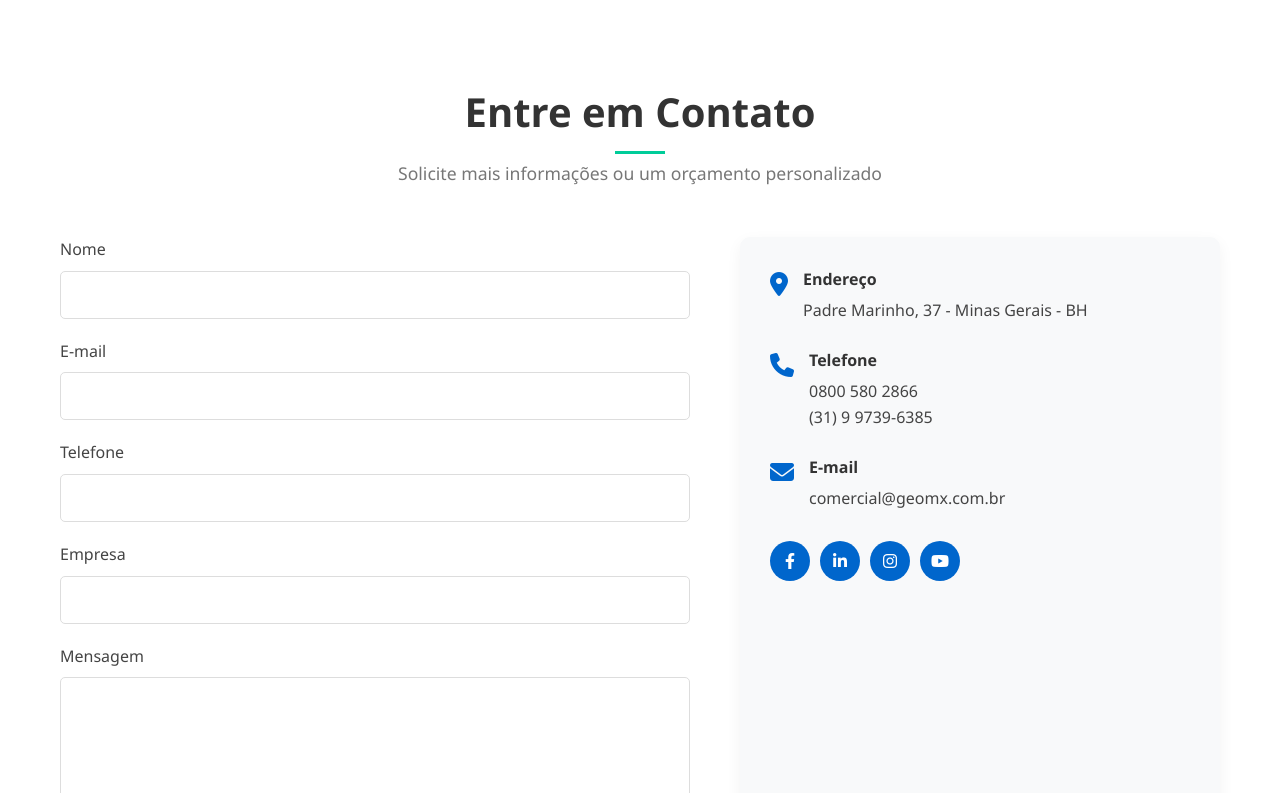
Repository: rocha1579/geomx
Page: rede-can.html
The author's editor kept a copy of each file at every save. The page is drawn from the files as they stood at one save, then again after the next save.
The browser window is 1280 px wide. The pictures show the part of the page from y = 1904 to 2697 px (the page is 3742 px tall before and 3575 px after).
Pictures or frames that could not be fetched are drawn as grey boxes. Backgrounds fixed to the window are drawn as part of the page.

Above is the page before, as saved 2025-05-05 16:44:54.

After the next save:
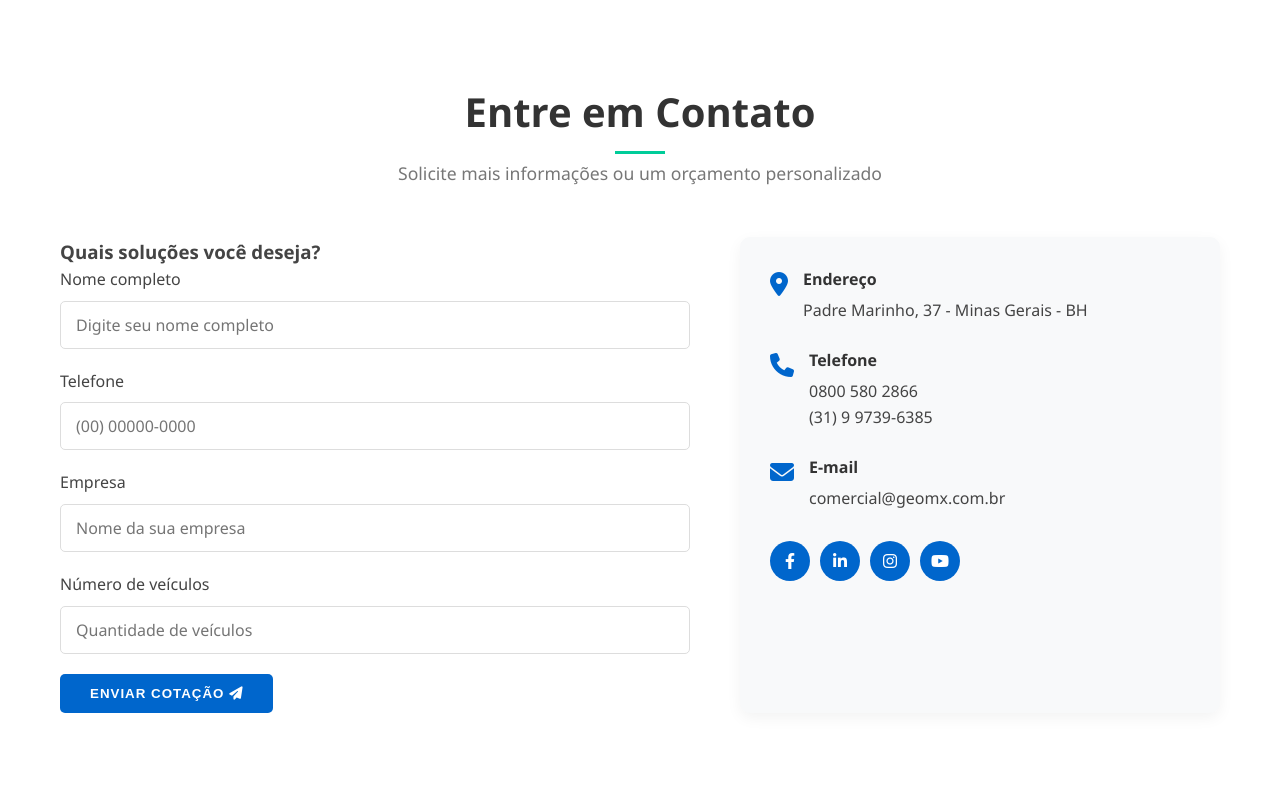
Saved 22 s later.
--- a/rede-can.html
+++ b/rede-can.html
@@ -290,33 +290,48 @@
             </div>
             <div class="contato-content">
                 <div class="contato-form">
-                    <form id="formulario-contato" action="https://formsubmit.co/flavio@geomx.com.br" method="POST">
-                        <input type="hidden" name="_cc" value="gabriel@geomx.com.br,comercial2@geomx.com.br,jessica@geomx.com.br">
-                        <input type="hidden" name="_subject" value="Novo contato do site - Rede CAN">
+                    <form action="https://formsubmit.co/comercial1@geomx.com.br" method="POST">
+                        <!-- Configurações ocultas -->
+                        <input type="hidden" name="_captcha" value="false">
                         <input type="hidden" name="_next" value="https://geomx.com.br/obrigado.html">
                         <input type="hidden" name="_template" value="table">
-
-                        <div class="form-group">
-                            <label for="nome">Nome</label>
-                            <input type="text" id="nome" name="nome" required>
+                        <input type="hidden" name="_subject" value="Solicitação de Cotação - Site GeoMX">
+
+                        <!-- Programas de Interesse -->
+                        <div class="form-container">
+                            <h3>Quais soluções você deseja?</h3>
+                            <div class="form-fields">
+                                <div class="form-group">
+                                    <label for="nome">Nome completo</label>
+                                    <input type="text" id="nome" name="nome" required placeholder="Digite seu nome completo">
+                                </div>
+
+                                <div class="form-group">
+                                    <label for="telefone">Telefone</label>
+                                    <input type="tel" id="telefone" name="telefone" required placeholder="(00) 00000-0000">
+                                </div>
+
+                                <div class="form-group">
+                                    <label for="empresa">Empresa</label>
+                                    <input type="text" id="empresa" name="empresa" placeholder="Nome da sua empresa">
+                                </div>
+
+                                <div class="form-group">
+                                    <label for="veiculos">Número de veículos</label>
+                                    <input type="number" id="veiculos" name="veiculos" placeholder="Quantidade de veículos">
+                                </div>
+                            </div>
                         </div>
-                        <div class="form-group">
-                            <label for="email">E-mail</label>
-                            <input type="email" id="email" name="email" required>
-                        </div>
-                        <div class="form-group">
-                            <label for="telefone">Telefone</label>
-                            <input type="tel" id="telefone" name="telefone">
-                        </div>
-                        <div class="form-group">
-                            <label for="empresa">Empresa</label>
-                            <input type="text" id="empresa" name="empresa">
-                        </div>
-                        <div class="form-group">
-                            <label for="mensagem">Mensagem</label>
-                            <textarea id="mensagem" name="mensagem" rows="5" required></textarea>
-                        </div>
-                        <button type="submit" class="btn-primary">Enviar Mensagem</button>
+
+
+
+
+
+                        <!-- Botão -->
+                        <button type="submit" class="btn-primary">
+                            <span>Enviar Cotação</span>
+                            <i class="fas fa-paper-plane"></i>
+                        </button>
                     </form>
                 </div>
                 <div class="contato-info">
